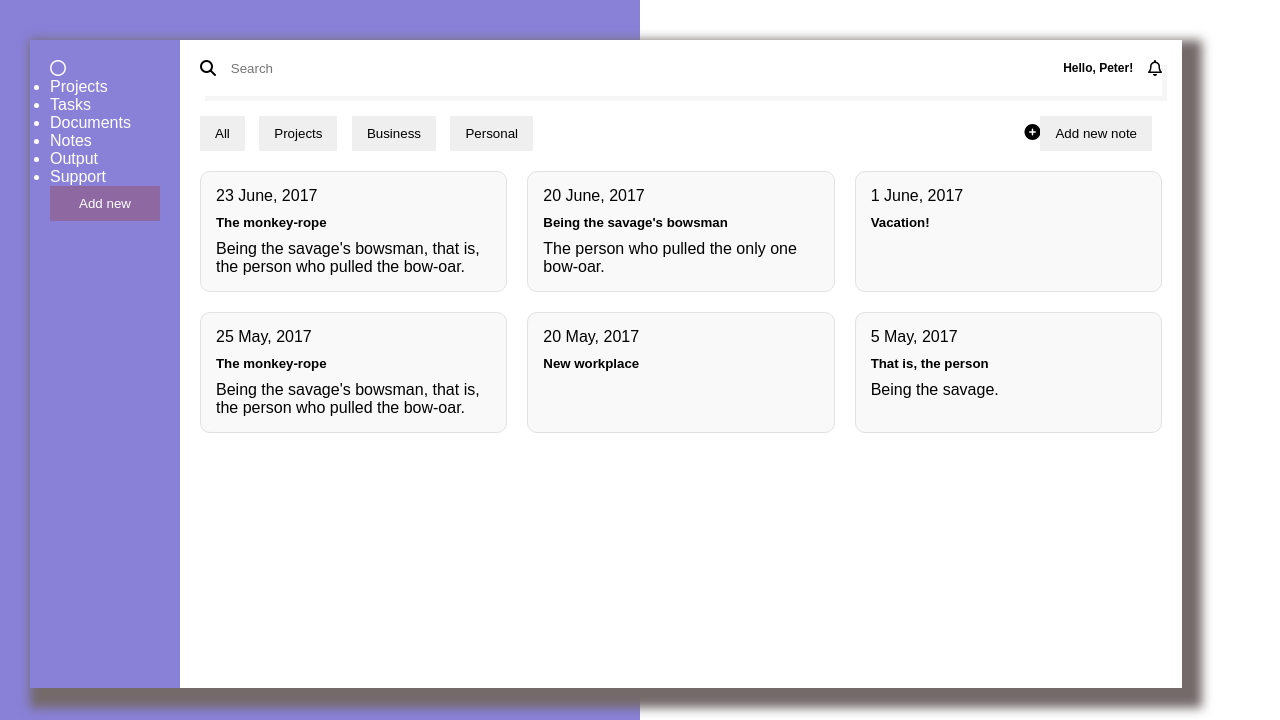
Repository: SatenikGabrielyan/HTML_CSS-_Assignment
Page: index.html
These files come from the project's save history. The page is drawn as it stood at one moment and after a run of saves; the edit follows.
The browser window is 1280 px wide. The pictures show the whole page.
Some web libraries are served in a nearby version.

Above is the page before, as saved 2025-03-17 23:24:19.

### index.html
<!DOCTYPE html>
<html lang="en">
  <head>
    <meta charset="UTF-8" />
    <meta name="viewport" content="width=device-width, initial-scale=1.0" />
    <title>Notes App</title>
    <link rel="stylesheet" href="./style.css" />
    <script src="https://kit.fontawesome.com/858d305f19.js" crossorigin="anonymous"></script>
</head>
  <body>
      <div class="cont">
          <div class="purp"></div>
          <div class="whit"></div>
      </div>
    <div class="container">
      <aside class="sidebar">
        <header>
            <i class="fa-regular fa-circle"></i>
        </header>
        <nav>
            <ul>
                <li>Projects</li>
                <li>Tasks</li>
                <li>Documents</li>
                <li>Notes</li>
                <li>Output</li>
                <li>Support</li>
            </ul>
        </nav>
        <button class="add-new">Add new</button>
    </aside>

    <main class="main-content">
       <div class="header">
            <i class="fas fa-search"></i>  <input type="text" placeholder="Search">
            <h3>Hello, Peter!</h3> <i class="fa-regular fa-bell"></i>
    </div>
    <div class="proj">
        <div class="but">
        <div class="tabs">
            <button>All</button>
            <button>Projects</button>
            <button>Business</button>
            <button>Personal</button>
        </div>
        <div >
            <i class="fa-solid fa-circle-plus"></i><button class="add tabs">Add new note</button>
        </div>
    </div>
        <div class="notes-grid">
            <div class="note-card">
                <h4>23 June, 2017</h4>
                <h5>The monkey-rope</h5>
                <p>Being the savage's bowsman, that is, the person who pulled the bow-oar.</p>
            </div>
            <div class="note-card">
                <h4>20 June, 2017</h4>
                <h5>Being the savage's bowsman</h5>
                <p>The person who pulled the only one bow-oar.</p>
            </div>
            <div class="note-card">
                <h4>1 June, 2017</h4>
                <h5>Vacation!</h5>
            </div>
            <div class="note-card">
                <h4>25 May, 2017</h4>
                <h5>The monkey-rope</h5>
                <p>Being the savage's bowsman, that is, the person who pulled the bow-oar.</p>
            </div>
            <div class="note-card">
                <h4>20 May, 2017</h4>
                <h5>New workplace</h5>
            </div>
            <div class="note-card">
                <h4>5 May, 2017</h4>
                <h5>That is, the person</h5>
                <p>Being the savage.</p>
            </div>
        </div>
    </div>
    </main>

    </div>

  </body>
</html>

### style.css
/* CSS Variables for Colors */
:root {
    --bg-color: #fbfbfb;
    --primary-color: #8981d8;
    --secondary-color: #d0d0d0;
    --text-color: #858499;
    --highlight-color: #7f77cc;
    --hover-color: rgba(137, 129, 216, 0.5);
  }


  * {
    margin: 0;
    padding: 0;
    box-sizing: border-box;
  }

  body {
    font-family: Arial, sans-serif;
    /* background-color: var(--bg-color); */
    display: flex;
    height: 100vh;
  }
  .wrapper{
    position: relative;
  }

  .cont{
      display: flex;
      width: 100%;
      position: relative;
      z-index: -1;
      border-radius: 10px;
  }
.purp {
    width: 50%;
    background-color: var(--primary-color);
    flex-direction: row;
}
.whit {
    width: 50%;
    /* background-color: lightgray; */
    flex-direction: row;
}
  .container {
    display: flex;
    width: 90%;
    height: 90%;

    box-shadow: 10px 10px 10px 10px rgb(116, 106, 106);
    margin-left: 30px;
    margin-right: 30px;
    margin-top: 40px;
    margin-bottom: 80px;
    background: center;
    position: absolute;
    z-index: 2;
  }

   .sidebar {
    width: 150px;
    background-color: var(--primary-color);
    color: #fff;
    display: flex;
    flex-direction: column;
    padding: 20px;
  }

  .main-content li {
    float: left;
  }

  .main-content li a {
    display: block;
    color: white;
    text-align: center;
    padding: 14px 16px;
    text-decoration: none;
  }

  .main-content li a:hover:not(.active) {
    background-color: #111;
  }

  .sidebar-header h2 {
    margin-bottom: 20px;
  }

  .sidebar-list {
    list-style: none;
  }

  .sidebar-list li {
    margin: 15px 0;
    display: flex;
    align-items: center;
    cursor: pointer;
  }

  .sidebar-list li i {
    margin-right: 10px;
  }

  .main-content {
    background-color: white;
    /* width: 200px; */
    flex-grow: 1;
    flex: 1;
    /* padding-top: 20px; */
     padding: 20px;
    /* overflow-y: auto;  */
  }

   /* header {
    display: flex;
    justify-content: space-between;
    align-items: center;
    margin-bottom: 20px;
  } */

  /*
  .header-left p {
    font-size: 1.2em;
    color: var(--text-color);
  }

  .header-right {
    display: flex;
    align-items: center;
  }

  .header-right i {
    margin-right: 20px;
    cursor: pointer;
  }

  .add-note-btn {
    background-color: var(--primary-color);
    color: #fff;
    border: none;
    padding: 10px 20px;
    cursor: pointer;
    display: flex;
    align-items: center;
  }

  .add-note-btn i {
    margin-right: 10px;
  }


  .notes-grid {
    display: grid;
    grid-template-columns: repeat(auto-fill, minmax(300px, 1fr));
    gap: 20px;
  }

  .note-item {
    background-color: #fff;
    border-radius: 8px;
    box-shadow: 0 2px 4px rgba(0, 0, 0, 0.1);
    overflow: hidden;
    display: flex;
    flex-direction: column;
    padding: 20px;
  }

  .note-item img {
    width: 100%;
    height: auto;
    border-radius: 8px;
    margin-bottom: 15px;
  }

  .note-item p {
    color: var(--text-color);
    font-size: 1em;
    line-height: 1.5;
  }


  .sidebar-list li:hover {
    background-color: var(--highlight-color);
    transition: background-color 0.3s ease;
  }


  @media (max-width: 768px) {
    .container {
      flex-direction: column;
    }

    .sidebar {
      width: 100%;
      flex-direction: row;
      justify-content: space-around;
      padding: 10px;
    }

    .sidebar-list {
      display: flex;
      flex-direction: row;
      gap: 15px;
    }

    .sidebar-list li {
      margin: 0;
    }

    .main-content {
      padding: 10px;
    }

    header {
      flex-direction: column;
      align-items: flex-start;
    }

    .header-right {
      margin-top: 10px;
    }

    .notes-grid {
      grid-template-columns: 1fr;
    }

    .note-item {
      padding: 10px;
    }

    .note-item img {
      margin-bottom: 10px;
    }
  } */
  /* .sidebar {
    background-color: #5e4b9a;
    color: white;
    width: 300px;
    padding: 20px;
} */

/* .sidebar header {
    font-size: 24px;
}

.sidebar nav ul {
    list-style: none;
    padding: 0;
}

.sidebar nav ul li {
    margin: 15px 0;
} */

.add-new {
    background-color: #8e68a0;
    color: white;
    border: none;
    padding: 10px;
    cursor: pointer;
}

.header {
    display: flex;
    width: 100%;
    justify-content: space-between;
    align-items: center;
    background-color: white;
    box-shadow: 5px  5px rgb(247, 246, 246);
    padding-bottom: 20px;
}

.header input {
    border: none;
    margin: 0;
    width: 85%;
}

.header h3 {
    margin: 0;
    font-size: 12px;
}

.tabs {
    margin: 20px 0;
}

.tabs button {
    margin-right: 10px;
    padding: 10px 15px;
    border: none;
    /* background-color: #e2e2e2; */
    cursor: pointer;
}
.tabs :hover {
    background-color: var(--highlight-color);
    transition: background-color 0.3s ease;
  }

.notes-grid {
    display: grid;
    grid-template-columns: repeat(auto-fill, minmax(240px, 1fr));
    gap: 20px;
}
.but{
    display: flex;
    flex-direction: row;
    justify-content: space-between;
}
.add {
    margin-right: 10px;
    padding: 10px 15px;
    border: none;
    cursor: pointer;
}

.note-card {
    border: 1px solid #e2e2e2;
    border-radius: 10px;
    padding: 15px;
    background-color: #f9f9f9;
}

.note-card h4 {
    margin: 0;
    font-weight: normal;
}

.note-card h5 {
    margin: 10px 0;
}

After the next 3 saves:
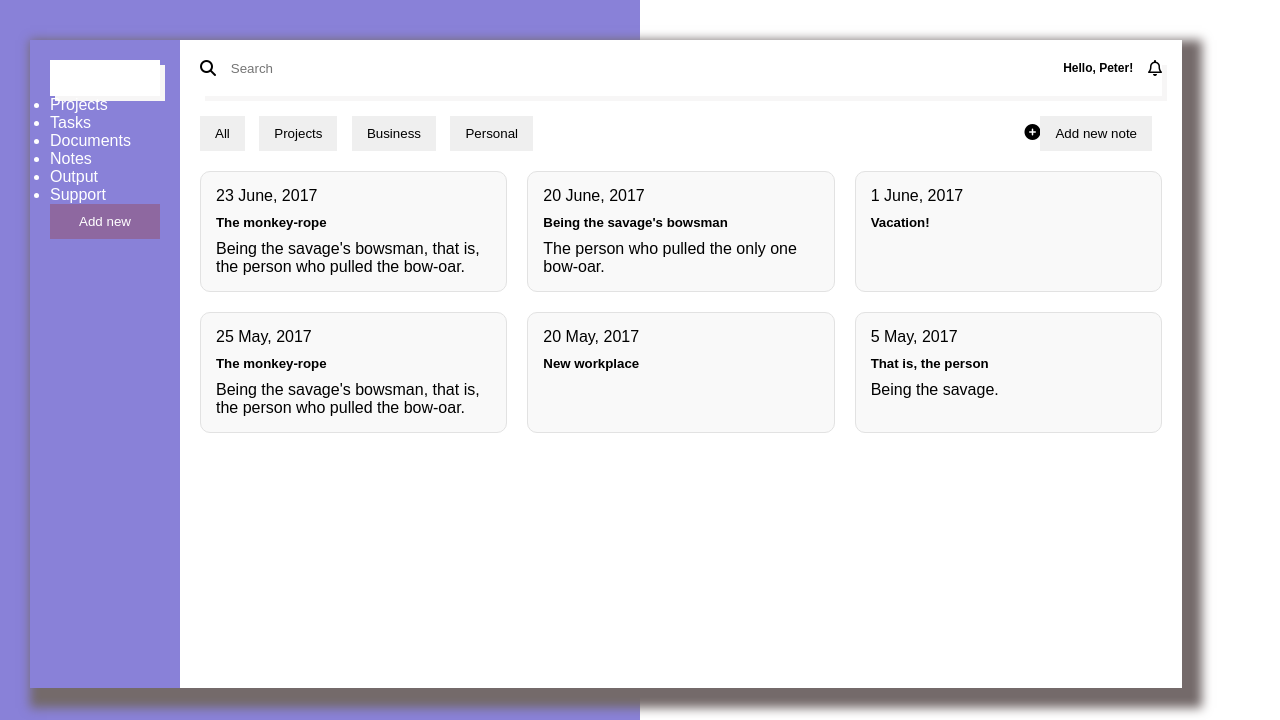
The 3 saves are shown as one change because they came seconds apart.
The last was saved 2 min 1 s later.
--- a/index.html
+++ b/index.html
@@ -14,7 +14,7 @@
       </div>
     <div class="container">
       <aside class="sidebar">
-        <header>
+        <header class="header">
             <i class="fa-regular fa-circle"></i>
         </header>
         <nav>

After the 2 saves that followed:
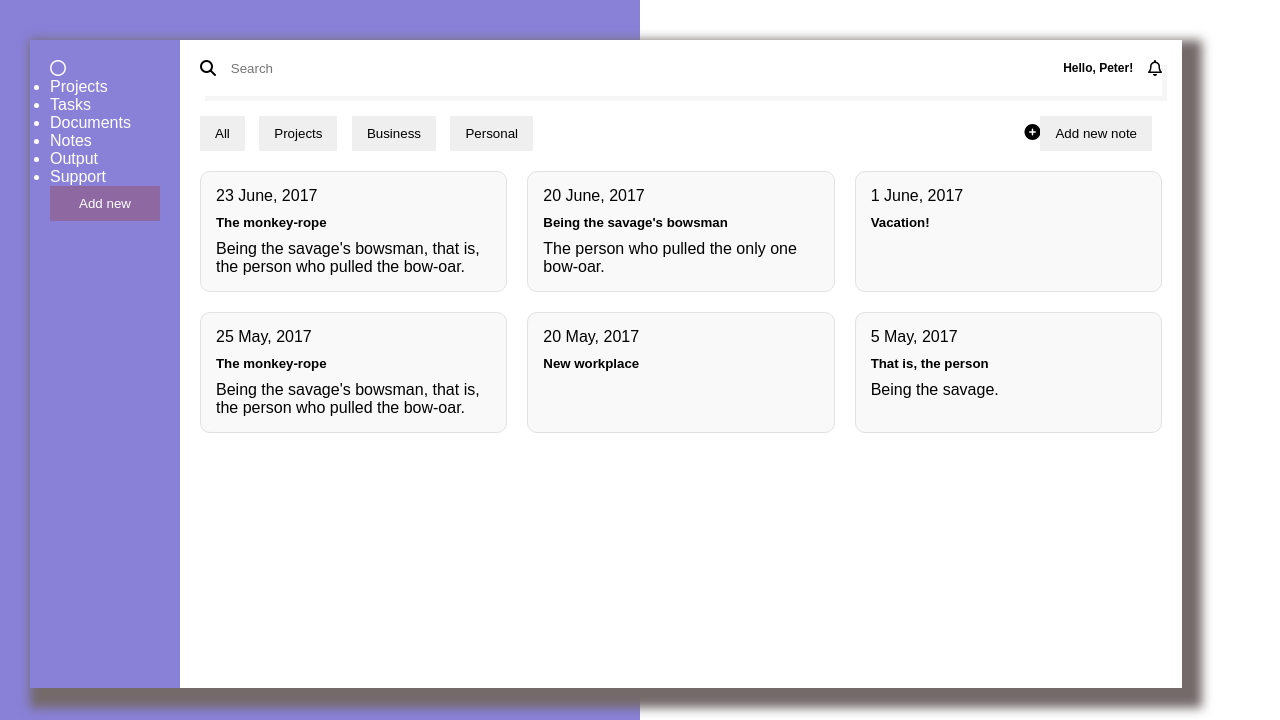
The 2 saves are shown as one change because they came seconds apart.
The last was saved 17 s later.
--- a/index.html
+++ b/index.html
@@ -14,7 +14,7 @@
       </div>
     <div class="container">
       <aside class="sidebar">
-        <header class="header">
+        <header>
             <i class="fa-regular fa-circle"></i>
         </header>
         <nav>
